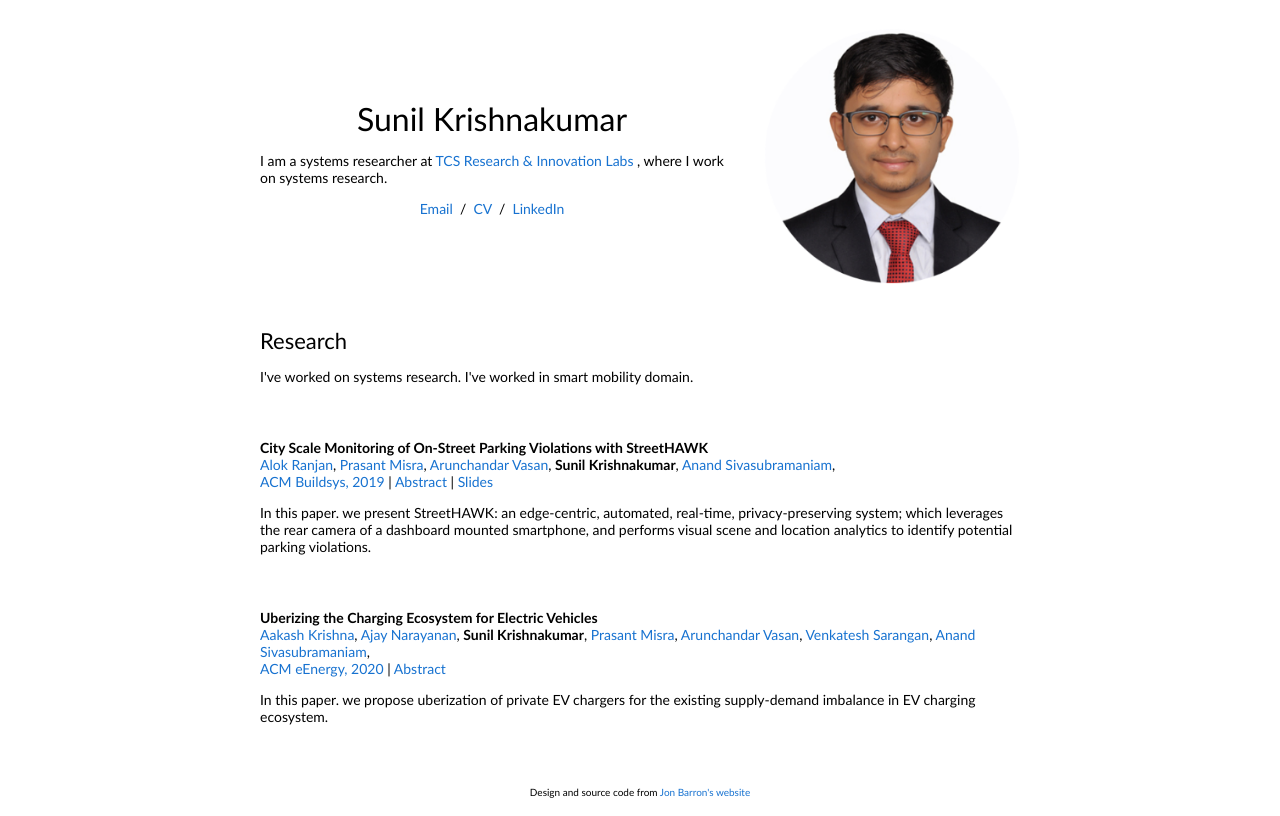
Repository: Sunil-KK/-
Page: index.html
An editor plug-in stored every save of this project. The page is shown before and after the next save, followed by the edit.
The browser window is 1280 px wide. The pictures show the whole page.

Above is the page before, as saved 2020-09-02 11:34:45.

### index.html
<!DOCTYPE HTML>
<html lang="en"><head><meta http-equiv="Content-Type" content="text/html; charset=UTF-8">
  <!-- Hi, Jon Here. Please DELETE the two <script> tags below if you use this HTML, otherwise my analytics will track your page -->
  <!-- Global site tag (gtag.js) - Google Analytics -->
  <script async src="https://www.googletagmanager.com/gtag/js?id=UA-7580334-2"></script>
  <script>
    window.dataLayer = window.dataLayer || [];
    function gtag(){dataLayer.push(arguments);}
    gtag('js', new Date());

    gtag('config', 'UA-7580334-2');
  </script>

  <title>Sunil Krishnakumar</title>

  <meta name="author" content="Sunil Krishnakumar">
  <meta name="viewport" content="width=device-width, initial-scale=1">

  <link rel="stylesheet" type="text/css" href="stylesheet.css">
  <link rel="icon" type="image/png" href="images/seal_icon.png">
</head>

<body>
  <table style="width:100%;max-width:800px;border:0px;border-spacing:0px;border-collapse:separate;margin-right:auto;margin-left:auto;"><tbody>
    <tr style="padding:0px">
      <td style="padding:0px">
        <table style="width:100%;border:0px;border-spacing:0px;border-collapse:separate;margin-right:auto;margin-left:auto;"><tbody>
          <tr style="padding:0px">
            <td style="padding:2.5%;width:63%;vertical-align:middle">
              <p style="text-align:center">
                <name>Sunil Krishnakumar</name>
              </p>
              <p>I am a systems researcher at <a href="https://www.tcs.com/research-and-innovation">TCS Research & Innovation Labs </a>, where I work on systems research.
              </p>
              <p>
                <!-- At Google I've worked on <a href="https://ai.googleblog.com/2014/04/lens-blur-in-new-google-camera-app.html">Lens Blur</a>, <a href="https://ai.googleblog.com/2014/10/hdr-low-light-and-high-dynamic-range.html">HDR+</a>, <a href="https://www.google.com/get/cardboard/jump/">Jump</a>, <a href="https://ai.googleblog.com/2017/10/portrait-mode-on-pixel-2-and-pixel-2-xl.html">Portrait Mode</a>, and <a href="https://www.youtube.com/watch?v=JSnB06um5r4">Glass</a>. I did my PhD at <a href="http://www.eecs.berkeley.edu/">UC Berkeley</a>, where I was advised by <a href="http://www.cs.berkeley.edu/~malik/">Jitendra Malik</a> and funded by the <a href="http://www.nsfgrfp.org/">NSF GRFP</a>. I did my bachelors at the <a href="http://cs.toronto.edu">University of Toronto</a>. -->
                <!-- I've recieved the <a href="https://www2.eecs.berkeley.edu/Students/Awards/15/">C.V. Ramamoorthy Distinguished Research Award</a> and the <a href="https://www.thecvf.com/?page_id=413#YRA">PAMI Young Researcher Award</a>. -->
              </p>
              <p style="text-align:center">
                <a href="mailto:komadamsunil96@gmail.com">Email</a> &nbsp/&nbsp
                <a href="data/Sunil_CV.pdf.pdf">CV</a> &nbsp/&nbsp
                <!-- <a href="data/JonBarron-bio.txt">LinkedI</a> &nbsp/&nbsp -->
                <!-- <a href="https://scholar.google.com/citations?hl=en&user=jktWnL8AAAAJ">Google Scholar</a> &nbsp/&nbsp -->
                <a href="https://www.linkedin.com/in/sunilkrishnakumar/">LinkedIn</a>
                <!-- <a href="https://twitter.com/jon_barron">Twitter</a> -->
              </p>
            </td>
            <td style="padding:2.5%;width:40%;max-width:40%">
              <a href="images/ID.jpg"><img style="width:100%;max-width:100%" alt="profile photo" src="images/Sunil_circle.png" class="hoverZoomLink"></a>
            </td>
          </tr>
        </tbody></table>
        <table style="width:100%;border:0px;border-spacing:0px;border-collapse:separate;margin-right:auto;margin-left:auto;"><tbody>
            <tr>
            <td style="padding:20px;width:100%;vertical-align:middle">
              <heading>Research</heading>
              <p>
                I've worked on systems research. I've worked in smart mobility domain.
                <!-- Representative papers are <span class="highlight">highlighted</span>. -->
              </p>
            </td>
          </tr>
        </tbody></table>
        <table style="width:100%;border:0px;border-spacing:0px;border-collapse:separate;margin-right:auto;margin-left:auto;"><tbody>


            </td>
            <td style="padding:20px;width:75%;vertical-align:middle">
              <strong>City Scale Monitoring of On-Street Parking Violations with StreetHAWK</strong>
              <br>
              <a href="https://sites.google.com/view/alok-ranjan/home">Alok Ranjan</a>,
              <a href="https://sites.google.com/site/prasantmisra">Prasant Misra</a>,
              <a href="https://www.linkedin.com/in/arun-vasan/">Arunchandar Vasan</a>,
              <strong>Sunil Krishnakumar</strong>,
              <a href="http://www.cse.psu.edu/~axs53/">Anand Sivasubramaniam</a>,
              <br>
              <!-- <em>ACM Buildsys</em>, 2019   -->
              <!-- <br> -->
              <a href="https://dl.acm.org/doi/proceedings/10.1145/3360322">ACM Buildsys, 2019</a> |
              <a href="https://dl.acm.org/doi/10.1145/3360322.3360841"">Abstract</a> |
              <a href="data/2019-buildsys-streethawk-abridged.pdf">Slides</a>
              <p></p>
              <p>In this paper. we present StreetHAWK: an edge-centric, automated, real-time, privacy-preserving system;
                 which leverages the rear camera of a dashboard mounted smartphone, and performs visual scene and location
                 analytics to identify potential parking violations. </p>
            </td>
          </tr>


        </td>
        <td style="padding:20px;width:75%;vertical-align:middle">
          <strong>Uberizing the Charging Ecosystem for Electric Vehicles</strong>
          <br>
          <a href="https://aakashsasikumar.github.io/">Aakash Krishna</a>,
          <a href="https://www.researchgate.net/profile/Ajay_Narayanan4">Ajay Narayanan</a>,
          <strong>Sunil Krishnakumar</strong>,
          <a href="https://sites.google.com/site/prasantmisra">Prasant Misra</a>,
          <a href="https://www.linkedin.com/in/arun-vasan/">Arunchandar Vasan</a>,
          <a href="https://www.linkedin.com/in/venkatesh-sarangan-429a4168/">Venkatesh Sarangan</a>,
          <a href="http://www.cse.psu.edu/~axs53/">Anand Sivasubramaniam</a>,
          <br>
          <!-- <em>ACM Buildsys</em>, 2019   -->
          <!-- <br> -->
          <a href="https://dl.acm.org/doi/proceedings/10.1145/3396851">ACM eEnergy, 2020</a> |
          <a href="https://doi.org/10.1145/3396851.3397758">Abstract</a>
          <!-- <a href="data/2019-buildsys-streethawk-abridged.pdf">Slides</a> -->
          <p></p>
          <p>In this paper. we propose uberization of private EV chargers for the existing supply-demand imbalance
             in EV charging ecosystem. </p>
        </td>
      </tr>

        <table style="width:100%;border:0px;border-spacing:0px;border-collapse:separate;margin-right:auto;margin-left:auto;"><tbody>
          <tr>
            <td style="padding:0px">
              <br>
              <p style="text-align:center;font-size: 10px;">
                Design and source code from <a href="https://github.com/jonbarron/jonbarron_website"style="font-size: 10px ">Jon Barron's website</a>
                <br>
              </p>
            </td>
          </tr>
        </tbody></table>
      </td>
    </tr>
  </table>
</body>

</html>

### stylesheet.css
/* latin-ext */
@font-face {
  font-family: 'Lato';
  font-style: italic;
  font-weight: 400;
  src: local('Lato Italic'), local('Lato-Italic'), url(https://fonts.gstatic.com/s/lato/v15/S6u8w4BMUTPHjxsAUi-qNiXg7eU0.woff2) format('woff2');
  unicode-range: U+0100-024F, U+0259, U+1E00-1EFF, U+2020, U+20A0-20AB, U+20AD-20CF, U+2113, U+2C60-2C7F, U+A720-A7FF;
}
/* latin */
@font-face {
  font-family: 'Lato';
  font-style: italic;
  font-weight: 400;
  src: local('Lato Italic'), local('Lato-Italic'), url(https://fonts.gstatic.com/s/lato/v15/S6u8w4BMUTPHjxsAXC-qNiXg7Q.woff2) format('woff2');
  unicode-range: U+0000-00FF, U+0131, U+0152-0153, U+02BB-02BC, U+02C6, U+02DA, U+02DC, U+2000-206F, U+2074, U+20AC, U+2122, U+2191, U+2193, U+2212, U+2215, U+FEFF, U+FFFD;
}
/* latin-ext */
@font-face {
  font-family: 'Lato';
  font-style: italic;
  font-weight: 700;
  src: local('Lato Bold Italic'), local('Lato-BoldItalic'), url(https://fonts.gstatic.com/s/lato/v15/S6u_w4BMUTPHjxsI5wq_FQftx9897sxZ.woff2) format('woff2');
  unicode-range: U+0100-024F, U+0259, U+1E00-1EFF, U+2020, U+20A0-20AB, U+20AD-20CF, U+2113, U+2C60-2C7F, U+A720-A7FF;
}
/* latin */
@font-face {
  font-family: 'Lato';
  font-style: italic;
  font-weight: 700;
  src: local('Lato Bold Italic'), local('Lato-BoldItalic'), url(https://fonts.gstatic.com/s/lato/v15/S6u_w4BMUTPHjxsI5wq_Gwftx9897g.woff2) format('woff2');
  unicode-range: U+0000-00FF, U+0131, U+0152-0153, U+02BB-02BC, U+02C6, U+02DA, U+02DC, U+2000-206F, U+2074, U+20AC, U+2122, U+2191, U+2193, U+2212, U+2215, U+FEFF, U+FFFD;
}
/* latin-ext */
@font-face {
  font-family: 'Lato';
  font-style: normal;
  font-weight: 400;
  src: local('Lato Regular'), local('Lato-Regular'), url(https://fonts.gstatic.com/s/lato/v15/S6uyw4BMUTPHjxAwXiWtFCfQ7A.woff2) format('woff2');
  unicode-range: U+0100-024F, U+0259, U+1E00-1EFF, U+2020, U+20A0-20AB, U+20AD-20CF, U+2113, U+2C60-2C7F, U+A720-A7FF;
}
/* latin */
@font-face {
  font-family: 'Lato';
  font-style: normal;
  font-weight: 400;
  src: local('Lato Regular'), local('Lato-Regular'), url(https://fonts.gstatic.com/s/lato/v15/S6uyw4BMUTPHjx4wXiWtFCc.woff2) format('woff2');
  unicode-range: U+0000-00FF, U+0131, U+0152-0153, U+02BB-02BC, U+02C6, U+02DA, U+02DC, U+2000-206F, U+2074, U+20AC, U+2122, U+2191, U+2193, U+2212, U+2215, U+FEFF, U+FFFD;
}
/* latin-ext */
@font-face {
  font-family: 'Lato';
  font-style: normal;
  font-weight: 700;
  src: local('Lato Bold'), local('Lato-Bold'), url(https://fonts.gstatic.com/s/lato/v15/S6u9w4BMUTPHh6UVSwaPGQ3q5d0N7w.woff2) format('woff2');
  unicode-range: U+0100-024F, U+0259, U+1E00-1EFF, U+2020, U+20A0-20AB, U+20AD-20CF, U+2113, U+2C60-2C7F, U+A720-A7FF;
}
/* latin */
@font-face {
  font-family: 'Lato';
  font-style: normal;
  font-weight: 700;
  src: local('Lato Bold'), local('Lato-Bold'), url(https://fonts.gstatic.com/s/lato/v15/S6u9w4BMUTPHh6UVSwiPGQ3q5d0.woff2) format('woff2');
  unicode-range: U+0000-00FF, U+0131, U+0152-0153, U+02BB-02BC, U+02C6, U+02DA, U+02DC, U+2000-206F, U+2074, U+20AC, U+2122, U+2191, U+2193, U+2212, U+2215, U+FEFF, U+FFFD;
}

a {
  color: #1772d0;
  text-decoration: none;
}

a:focus,
a:hover {
  color: #f09228;
  text-decoration: none;
}

body,
td,
th,
tr,
p,
a {
  font-family: 'Lato', Verdana, Helvetica, sans-serif;
  font-size: 14px
}

strong {
  font-family: 'Lato', Verdana, Helvetica, sans-serif;
  font-size: 14px;
}

heading {
  font-family: 'Lato', Verdana, Helvetica, sans-serif;
  font-size: 22px;
}

papertitle {
  font-family: 'Lato', Verdana, Helvetica, sans-serif;
  font-size: 14px;
  font-weight: 700
}

name {
  font-family: 'Lato', Verdana, Helvetica, sans-serif;
  font-size: 32px;
}

.one {
  width: 160px;
  height: 160px;
  position: relative;
}

.two {
  width: 160px;
  height: 160px;
  position: absolute;
  transition: opacity .2s ease-in-out;
  -moz-transition: opacity .2s ease-in-out;
  -webkit-transition: opacity .2s ease-in-out;
}

.fade {
  transition: opacity .2s ease-in-out;
  -moz-transition: opacity .2s ease-in-out;
  -webkit-transition: opacity .2s ease-in-out;
}

span.highlight {
  background-color: #ffffd0;
}

After the next save:
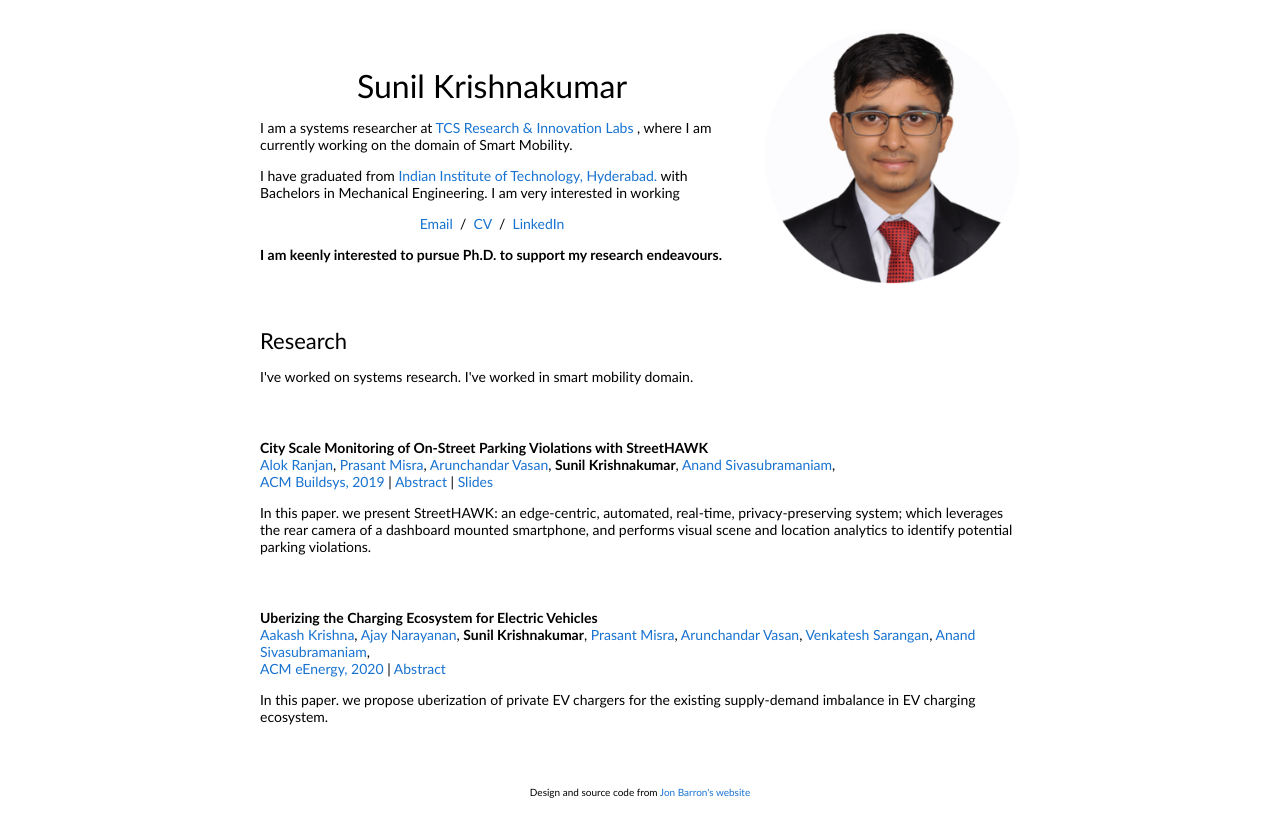
Saved 10 min 26 s later.
--- a/index.html
+++ b/index.html
@@ -30,11 +30,12 @@
               <p style="text-align:center">
                 <name>Sunil Krishnakumar</name>
               </p>
-              <p>I am a systems researcher at <a href="https://www.tcs.com/research-and-innovation">TCS Research & Innovation Labs </a>, where I work on systems research.
+              <p>I am a systems researcher at <a href="https://www.tcs.com/research-and-innovation">TCS Research & Innovation Labs </a>, where I am currently working
+                 on the domain of Smart Mobility.
               </p>
               <p>
-                <!-- At Google I've worked on <a href="https://ai.googleblog.com/2014/04/lens-blur-in-new-google-camera-app.html">Lens Blur</a>, <a href="https://ai.googleblog.com/2014/10/hdr-low-light-and-high-dynamic-range.html">HDR+</a>, <a href="https://www.google.com/get/cardboard/jump/">Jump</a>, <a href="https://ai.googleblog.com/2017/10/portrait-mode-on-pixel-2-and-pixel-2-xl.html">Portrait Mode</a>, and <a href="https://www.youtube.com/watch?v=JSnB06um5r4">Glass</a>. I did my PhD at <a href="http://www.eecs.berkeley.edu/">UC Berkeley</a>, where I was advised by <a href="http://www.cs.berkeley.edu/~malik/">Jitendra Malik</a> and funded by the <a href="http://www.nsfgrfp.org/">NSF GRFP</a>. I did my bachelors at the <a href="http://cs.toronto.edu">University of Toronto</a>. -->
-                <!-- I've recieved the <a href="https://www2.eecs.berkeley.edu/Students/Awards/15/">C.V. Ramamoorthy Distinguished Research Award</a> and the <a href="https://www.thecvf.com/?page_id=413#YRA">PAMI Young Researcher Award</a>. -->
+                I have graduated from <a href="https://mae.iith.ac.in/">Indian Institute of Technology, Hyderabad.</a> with Bachelors in Mechanical Engineering.
+                I am very interested in working
               </p>
               <p style="text-align:center">
                 <a href="mailto:komadamsunil96@gmail.com">Email</a> &nbsp/&nbsp
@@ -44,6 +45,7 @@
                 <a href="https://www.linkedin.com/in/sunilkrishnakumar/">LinkedIn</a>
                 <!-- <a href="https://twitter.com/jon_barron">Twitter</a> -->
               </p>
+            <strong>I am keenly interested to pursue Ph.D. to support my research endeavours.</strong>
             </td>
             <td style="padding:2.5%;width:40%;max-width:40%">
               <a href="images/ID.jpg"><img style="width:100%;max-width:100%" alt="profile photo" src="images/Sunil_circle.png" class="hoverZoomLink"></a>
